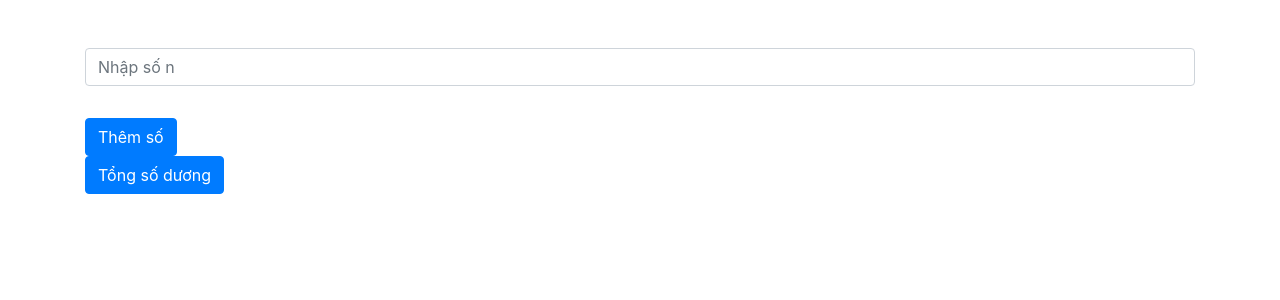
Repository: thanhfrankie/BC10-LeMinhThanh-Js-b7-8
Page: index.html
The author's editor kept a copy of each file at every save. The page is drawn from the files as they stood at one save, then again after a run of saves.
The browser window is 1280 px wide. The pictures show the whole page.

Above is the page before, as saved 2023-12-27 21:11:56.

### index.html
<!doctype html>
<html lang="en">
  <head>
    <title>Title</title>
    <!-- Required meta tags -->
    <meta charset="utf-8">
    <meta name="viewport" content="width=device-width, initial-scale=1, shrink-to-fit=no">

    <!-- Bootstrap CSS -->
    <link rel="stylesheet" href="https://cdn.jsdelivr.net/npm/bootstrap@4.6.2/dist/css/bootstrap.min.css" integrity="sha384-xOolHFLEh07PJGoPkLv1IbcEPTNtaed2xpHsD9ESMhqIYd0nLMwNLD69Npy4HI+N" crossorigin="anonymous">

  </head>
  <body>
    <div class="container mt-4">
        <div class="form-group">
            <label for="nhap-so-n"></label>
            <input
              type="number"
              class="form-control"
              name=""
              id="nhap-so-n"
              aria-describedby="helpId"
              placeholder="Nhập số n"
              required
            />
          </div>
        <button
        style="display: inline-block;"
        type="button"
        onclick="tuyenSinh()"
        class="btn btn-primary mt-3"
        id="ket-qua-tuyen-sinh"
      >
        Thêm số
      </button>
        <p>
            <button class="btn btn-primary" type="button" data-toggle="collapse" data-target="#contentId" aria-expanded="false"
                    aria-controls="contentId">
                Tổng số dương
            </button>
          </p>
          <div class="collapse" id="contentId">

          </div>
    </div>




    <!-- Optional JavaScript -->
    <!-- jQuery first, then Popper.js, then Bootstrap JS -->
    <script src="https://cdn.jsdelivr.net/npm/jquery@3.5.1/dist/jquery.slim.min.js" integrity="sha384-DfXdz2htPH0lsSSs5nCTpuj/zy4C+OGpamoFVy38MVBnE+IbbVYUew+OrCXaRkfj" crossorigin="anonymous"></script>
    <script src="https://cdn.jsdelivr.net/npm/popper.js@1.16.1/dist/umd/popper.min.js" integrity="sha384-9/reFTGAW83EW2RDu2S0VKaIzap3H66lZH81PoYlFhbGU+6BZp6G7niu735Sk7lN" crossorigin="anonymous"></script>
    <script src="https://cdn.jsdelivr.net/npm/bootstrap@4.6.2/dist/js/bootstrap.min.js" integrity="sha384-+sLIOodYLS7CIrQpBjl+C7nPvqq+FbNUBDunl/OZv93DB7Ln/533i8e/mZXLi/P+" crossorigin="anonymous"></script>

    <script src="./index.js"></script>
  </body>
</html>

Loaded but not shown: index.js (no copy from this time; the picture is the same without it)

After the next 2 saves:
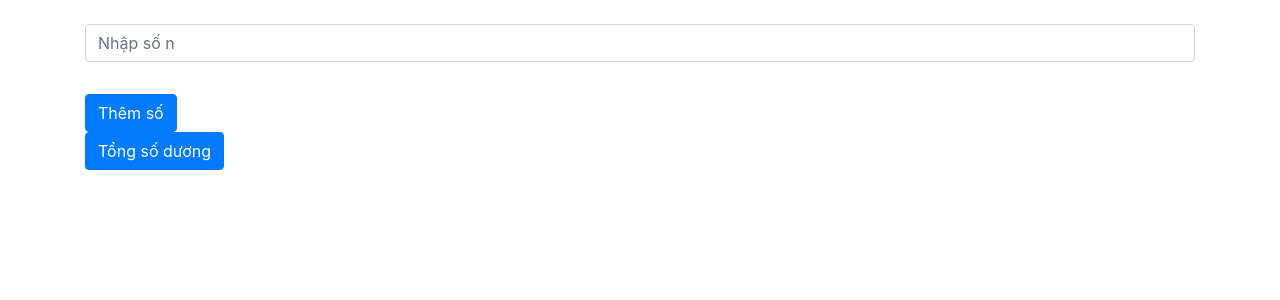
The 2 saves are shown as one change because they came seconds apart.
The last was saved 5 s later.
--- a/index.html
+++ b/index.html
@@ -12,7 +12,7 @@
   </head>
   <body>
     <div class="container mt-4">
-        <div class="form-group">
+        <div class="form-group" style="display: flex;">
             <label for="nhap-so-n"></label>
             <input
               type="number"

After the 3 saves that followed:
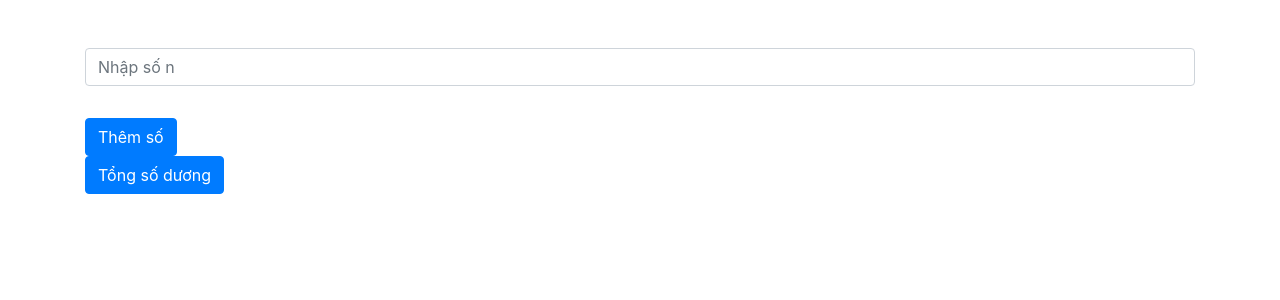
The 3 saves are shown as one change because they came seconds apart.
The last was saved 16 s later.
--- a/index.html
+++ b/index.html
@@ -12,7 +12,7 @@
   </head>
   <body>
     <div class="container mt-4">
-        <div class="form-group" style="display: flex;">
+        <div class="form-group">
             <label for="nhap-so-n"></label>
             <input
               type="number"
@@ -25,7 +25,6 @@
             />
           </div>
         <button
-        style="display: inline-block;"
         type="button"
         onclick="tuyenSinh()"
         class="btn btn-primary mt-3"
